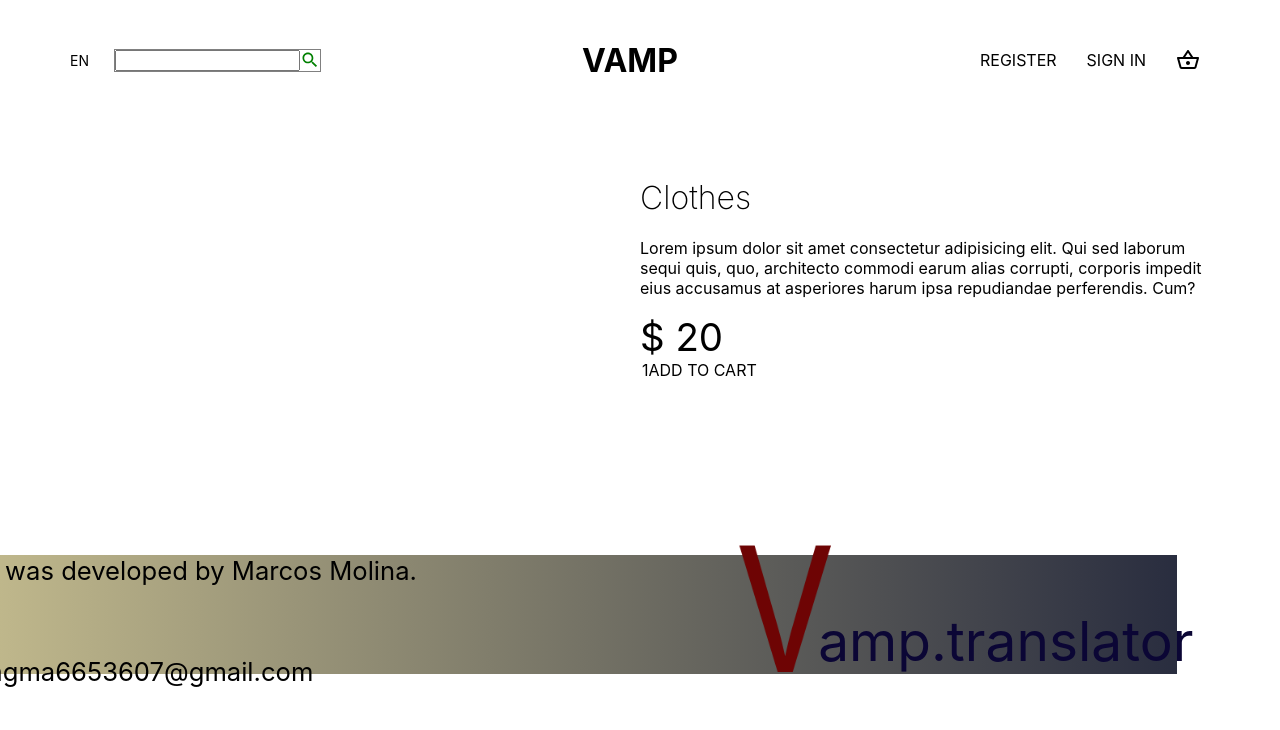
Repository: mgma2005/ecoeli
Page: /
The author's editor kept a copy of each file at every save. The page is drawn from the files as they stood at one save, then again after the next save.
The browser window is 1280 px wide. The pictures show the part of the page from y = 173 to 903 px (the page is 903 px tall before and 881 px after).
The project was rebuilt for these pictures with package versions that can differ from the ones it lists, and the page was loaded fresh each time. Also part of the build but not shown: src/App.css.

Above is the page before, as saved 2022-05-14 17:34:39.

After the next save:
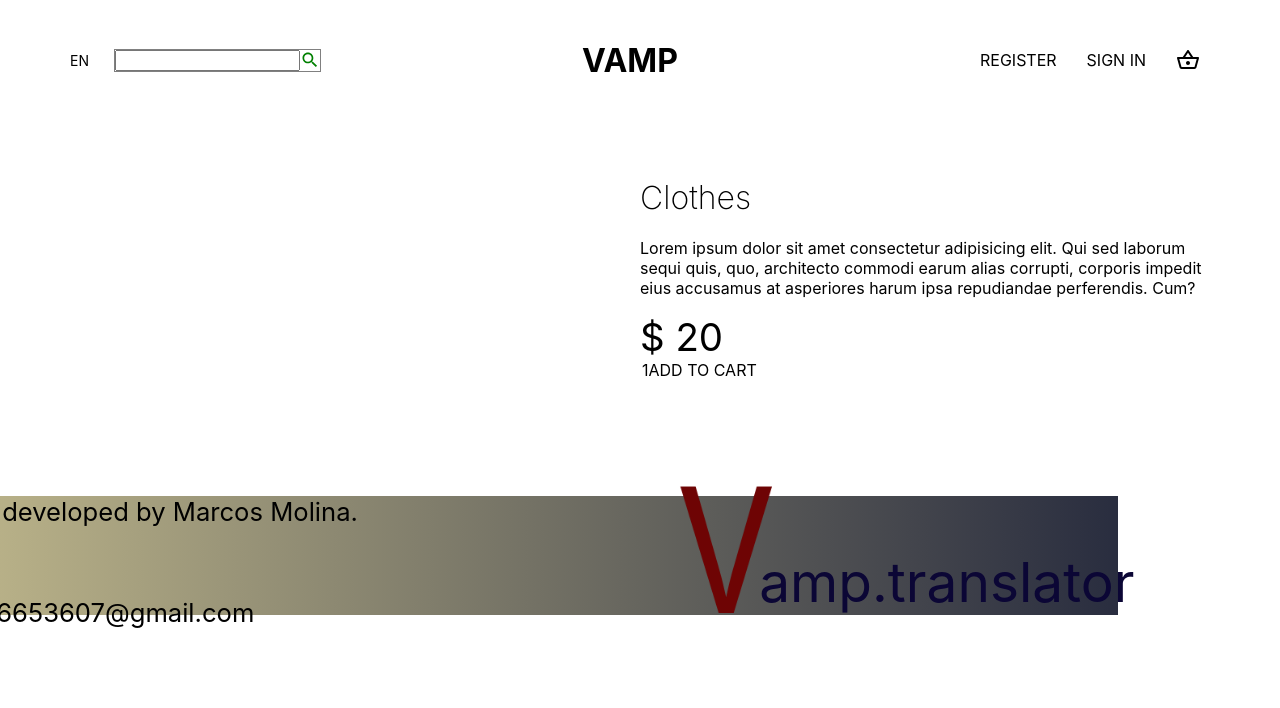
Saved 12 s later.
--- a/src/style.css
+++ b/src/style.css
@@ -1,5 +1,5 @@
 .cont2{
-    margin: -13%;
+    margin: -18%;
     width: 100vw;
     height: auto;
     background: linear-gradient(to right, rgb(204, 195, 146),rgb(41, 45, 63));
